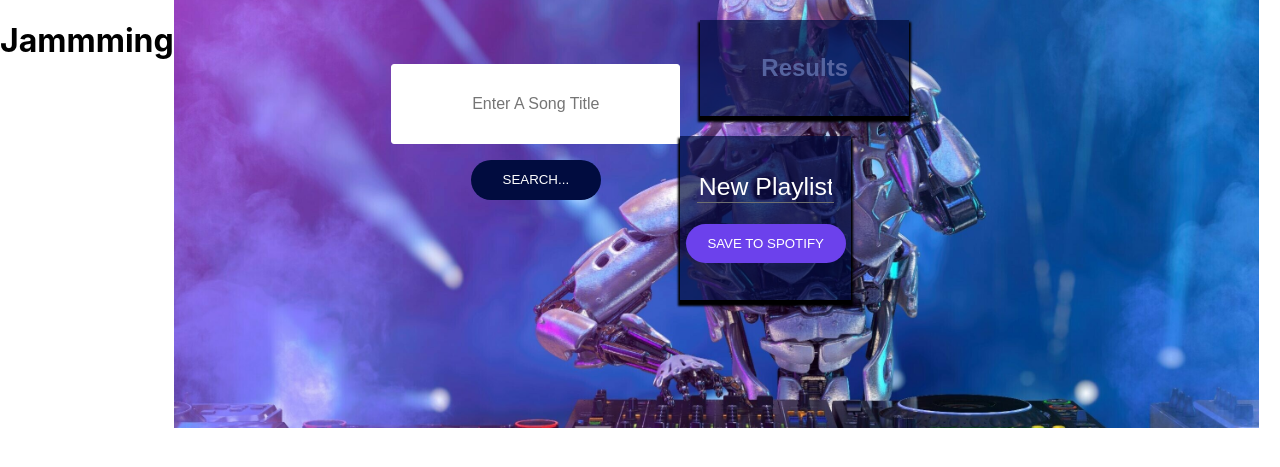
Repository: LolaSL/jamming
Page: /
These files come from the project's save history. The page is drawn as it stood at one moment and after a run of saves; the edit follows.
The browser window is 1280 px wide. The pictures show the whole page.
The project was rebuilt for these pictures with package versions that can differ from the ones it lists, and the page was loaded fresh each time. Also part of the build but not shown: src/components/Track/Track.css, src/components/Track/Track.jsx.

Above is the page before, as saved 2023-06-22 18:31:21.

After the next 2 saves:
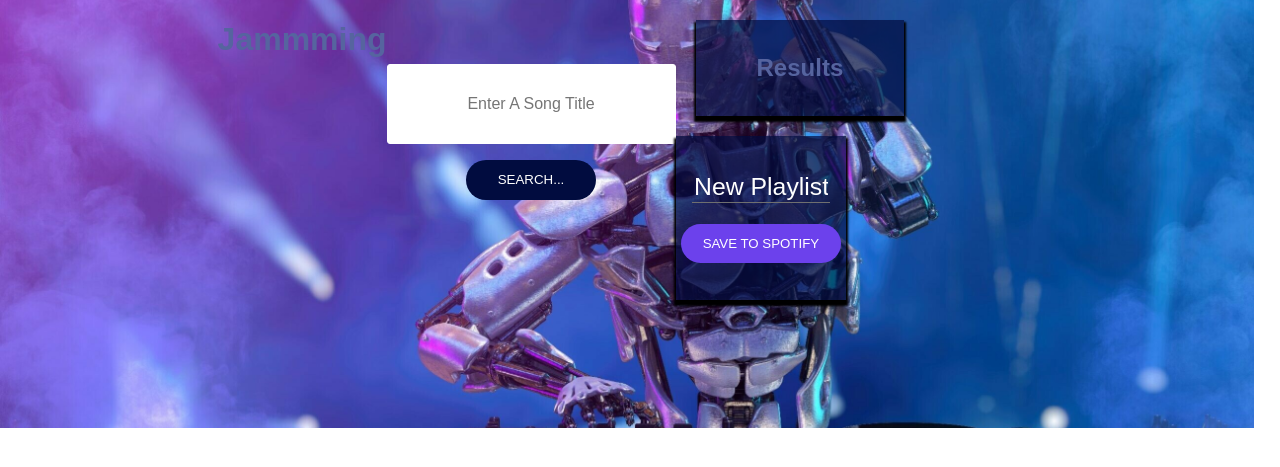
The 2 saves are shown as one change because they came seconds apart.
The last was saved 42 s later.
--- a/src/App/App.js
+++ b/src/App/App.js
@@ -42,10 +42,11 @@ const App = () => {
 
   return (
     <div className="container">
-      <h1>
+
+      <div className="App">
+        <h1>
         Ja<span className="highlight">mmm</span>ing
       </h1>
-      <div className="App">
         <SearchBar onSearch={search} />
         <div className="App-playlist">
           <SearchResults searchResults={searchResults} onAdd={addTrack} />
